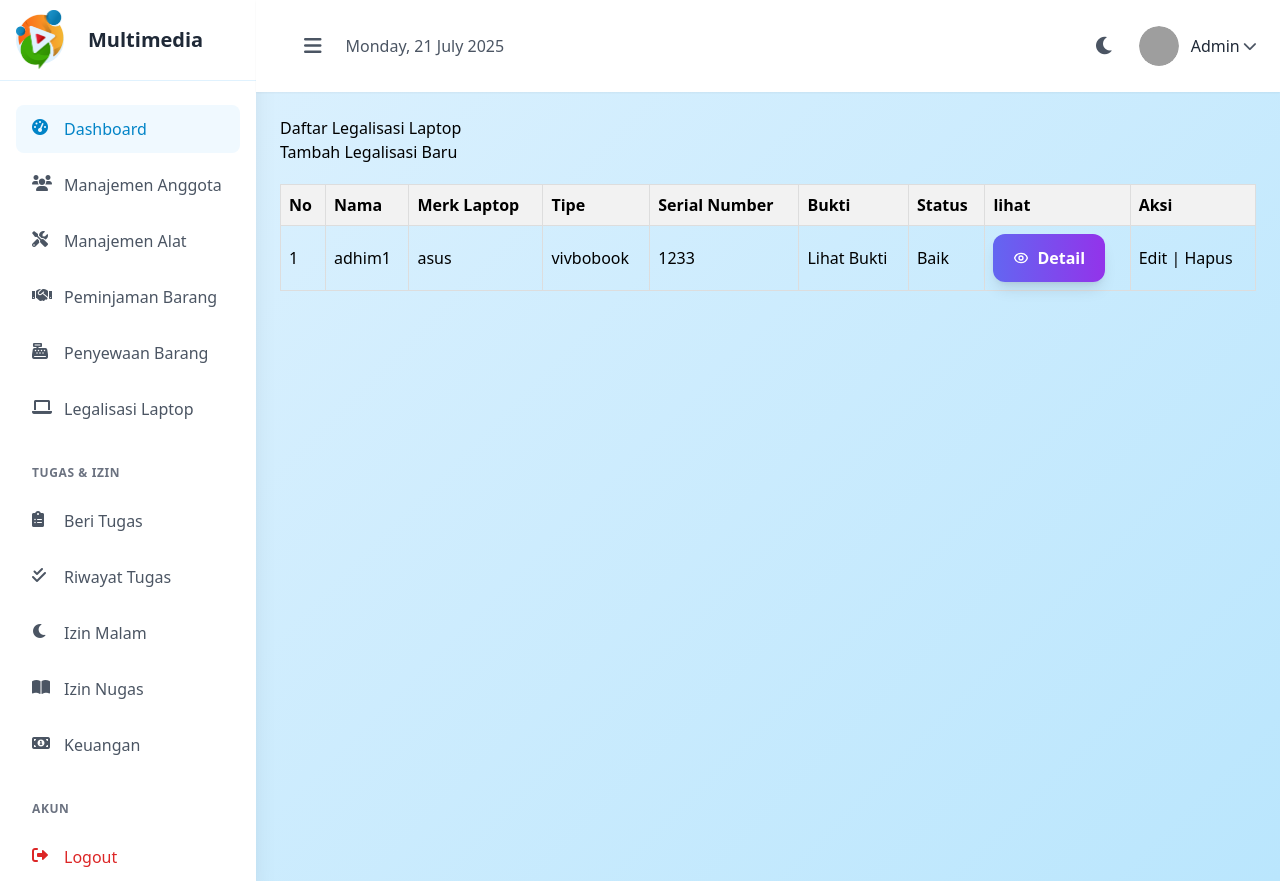
Repository: fatkquladhim/multimedia_app
Page: http://localhost/admin/legalisasi laptop/legalisasi_list.php
The author's editor kept a copy of each file at every save. The page is drawn from the files as they stood at one save, then again after the next save.
The browser window is 1280 px wide. The pictures show the whole page.
Pictures or frames that could not be fetched are drawn as grey boxes. Some web libraries are served in a nearby version. The page is run by PHP 8.4 with error messages shown; the project is at /var/www/html/. The session is filled in as if someone had signed in: {"user_id": 2, "username": "asep", "role": "admin"}. The database holds what the project's SQL file puts in it.

Above is the page before, as saved 2025-07-21 11:59:03.
Console error: TypeError: Cannot read properties of null (reading 'value')

After the next save:
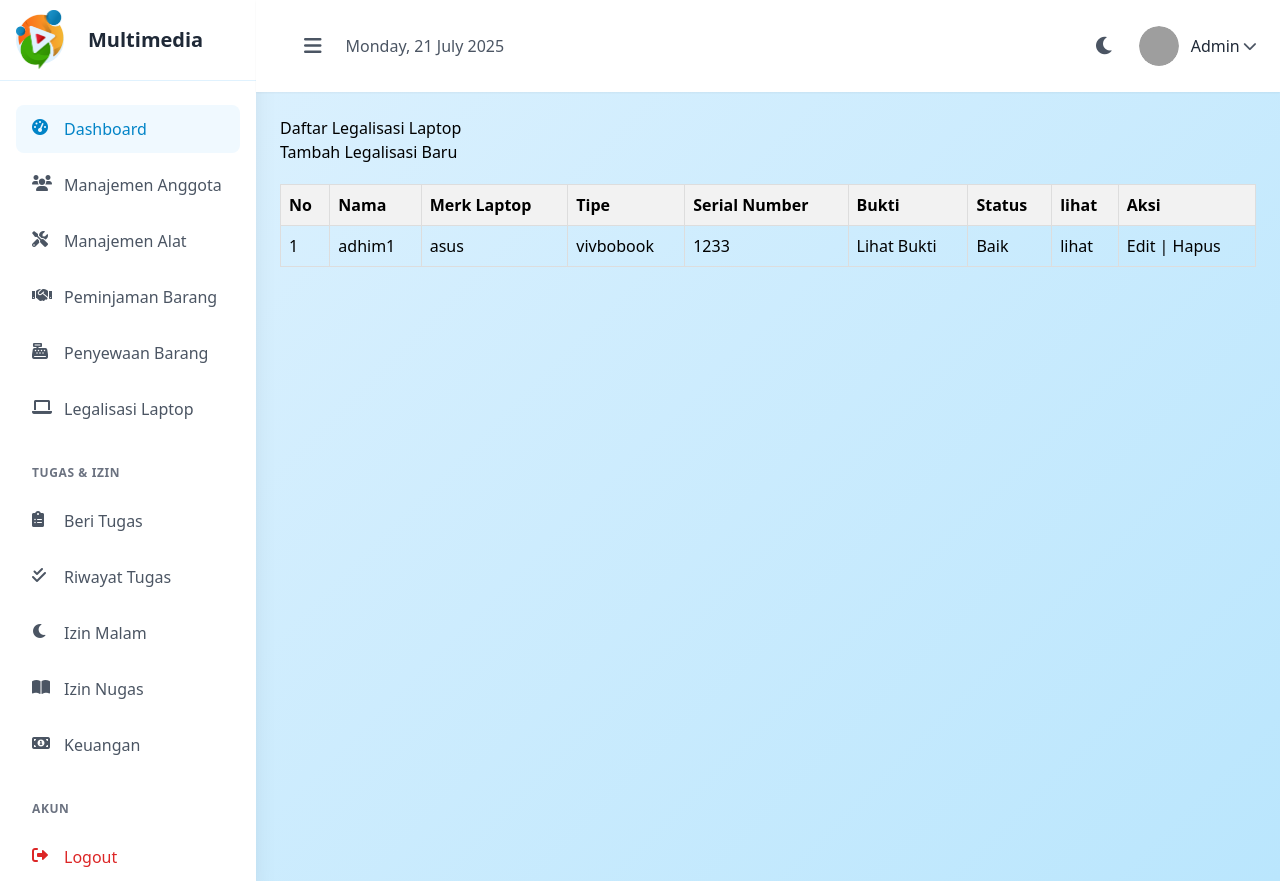
Saved 85 s later.
--- a/admin/legalisasi laptop/legalisasi_list.php
+++ b/admin/legalisasi laptop/legalisasi_list.php
@@ -65,13 +65,8 @@ include '../header.php';
                     </td>
                     <td><?php echo htmlspecialchars($row['status']); ?></td>
                     <td>
-                        <a href="../public/legalisasi_detail.php?id=<?php echo $row['id']; ?>"
-                            class="group inline-flex items-center px-5 py-3 bg-gradient-to-r from-indigo-500 to-purple-600 text-white font-semibold rounded-xl hover:from-indigo-600 hover:to-purple-700 focus:outline-none focus:ring-4 focus:ring-indigo-300 transition-all duration-300 transform hover:scale-105 shadow-lg">
-                            <svg class="w-4 h-4 mr-2 group-hover:scale-110 transition-transform" fill="none" stroke="currentColor" viewBox="0 0 24 24">
-                                <path stroke-linecap="round" stroke-linejoin="round" stroke-width="2" d="M15 12a3 3 0 11-6 0 3 3 0 016 0z"></path>
-                                <path stroke-linecap="round" stroke-linejoin="round" stroke-width="2" d="M2.458 12C3.732 7.943 7.523 5 12 5c4.478 0 8.268 2.943 9.542 7-1.274 4.057-5.064 7-9.542 7-4.477 0-8.268-2.943-9.542-7z"></path>
-                            </svg>
-                            Detail
+                        <a href="../public/legalisasi_detail.php?id=<?php echo $row['id']; ?>">
+                               lihat
                         </a>
                     <td>
                         <a href="legalisasi_edit.php?id=<?php echo $row['id']; ?>">Edit</a> |
